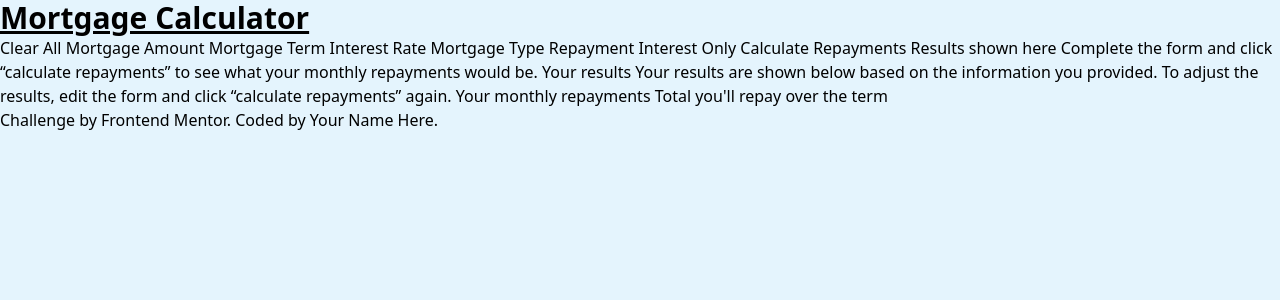
Repository: emmanuelRitzler/mortgage-calculator
Page: assets/views/index.html
The author's editor kept a copy of each file at every save. The page is drawn from the files as they stood at one save, then again after a run of saves.
The browser window is 1280 px wide. The pictures show the whole page.

Above is the page before, as saved 2025-06-01 01:18:38.

### assets/views/index.html
<!DOCTYPE html>
<html lang="en">
<head>
  <meta charset="UTF-8">
  <meta name="viewport" content="width=device-width, initial-scale=1.0"> <!-- displays site properly based on user's device -->

  <link rel="icon" type="image/png" sizes="32x32" href="./assets/images/favicon-32x32.png">
  <link rel="stylesheet" href="../../src/output.css">

  <title>Frontend Mentor | Mortgage repayment calculator</title>
</head>
<body class="">
  <h1 class="text-3xl font-bold underline">Mortgage Calculator</h1>
  Clear All

  Mortgage Amount

  Mortgage Term

  Interest Rate

  Mortgage Type
  Repayment
  Interest Only

  Calculate Repayments

  <!-- Empty results start -->

  Results shown here

  Complete the form and click “calculate repayments” to see what
  your monthly repayments would be.

  <!-- Empty results end -->

  <!-- Completed results start -->

  Your results

  Your results are shown below based on the information you provided.
  To adjust the results, edit the form and click “calculate repayments” again.

  Your monthly repayments

  Total you'll repay over the term

  <!-- Completed results end -->

  <div class="attribution">
    Challenge by <a href="https://www.frontendmentor.io?ref=challenge">Frontend Mentor</a>.
    Coded by <a href="#">Your Name Here</a>.
  </div>
</body>
</html>

### src/output.css
/*! tailwindcss v4.1.8 | MIT License | https://tailwindcss.com */
@layer properties;
@layer theme, base, components, utilities;
@layer theme {
  :root, :host {
    --font-sans: ui-sans-serif, system-ui, sans-serif, "Apple Color Emoji",
      "Segoe UI Emoji", "Segoe UI Symbol", "Noto Color Emoji";
    --font-mono: ui-monospace, SFMono-Regular, Menlo, Monaco, Consolas, "Liberation Mono",
      "Courier New", monospace;
    --text-3xl: 1.875rem;
    --text-3xl--line-height: calc(2.25 / 1.875);
    --font-weight-bold: 700;
    --default-font-family: var(--font-sans);
    --default-mono-font-family: var(--font-mono);
  }
}
@layer base {
  *, ::after, ::before, ::backdrop, ::file-selector-button {
    box-sizing: border-box;
    margin: 0;
    padding: 0;
    border: 0 solid;
  }
  html, :host {
    line-height: 1.5;
    -webkit-text-size-adjust: 100%;
    tab-size: 4;
    font-family: var(--default-font-family, ui-sans-serif, system-ui, sans-serif, "Apple Color Emoji", "Segoe UI Emoji", "Segoe UI Symbol", "Noto Color Emoji");
    font-feature-settings: var(--default-font-feature-settings, normal);
    font-variation-settings: var(--default-font-variation-settings, normal);
    -webkit-tap-highlight-color: transparent;
  }
  hr {
    height: 0;
    color: inherit;
    border-top-width: 1px;
  }
  abbr:where([title]) {
    -webkit-text-decoration: underline dotted;
    text-decoration: underline dotted;
  }
  h1, h2, h3, h4, h5, h6 {
    font-size: inherit;
    font-weight: inherit;
  }
  a {
    color: inherit;
    -webkit-text-decoration: inherit;
    text-decoration: inherit;
  }
  b, strong {
    font-weight: bolder;
  }
  code, kbd, samp, pre {
    font-family: var(--default-mono-font-family, ui-monospace, SFMono-Regular, Menlo, Monaco, Consolas, "Liberation Mono", "Courier New", monospace);
    font-feature-settings: var(--default-mono-font-feature-settings, normal);
    font-variation-settings: var(--default-mono-font-variation-settings, normal);
    font-size: 1em;
  }
  small {
    font-size: 80%;
  }
  sub, sup {
    font-size: 75%;
    line-height: 0;
    position: relative;
    vertical-align: baseline;
  }
  sub {
    bottom: -0.25em;
  }
  sup {
    top: -0.5em;
  }
  table {
    text-indent: 0;
    border-color: inherit;
    border-collapse: collapse;
  }
  :-moz-focusring {
    outline: auto;
  }
  progress {
    vertical-align: baseline;
  }
  summary {
    display: list-item;
  }
  ol, ul, menu {
    list-style: none;
  }
  img, svg, video, canvas, audio, iframe, embed, object {
    display: block;
    vertical-align: middle;
  }
  img, video {
    max-width: 100%;
    height: auto;
  }
  button, input, select, optgroup, textarea, ::file-selector-button {
    font: inherit;
    font-feature-settings: inherit;
    font-variation-settings: inherit;
    letter-spacing: inherit;
    color: inherit;
    border-radius: 0;
    background-color: transparent;
    opacity: 1;
  }
  :where(select:is([multiple], [size])) optgroup {
    font-weight: bolder;
  }
  :where(select:is([multiple], [size])) optgroup option {
    padding-inline-start: 20px;
  }
  ::file-selector-button {
    margin-inline-end: 4px;
  }
  ::placeholder {
    opacity: 1;
  }
  @supports (not (-webkit-appearance: -apple-pay-button))  or (contain-intrinsic-size: 1px) {
    ::placeholder {
      color: currentcolor;
      @supports (color: color-mix(in lab, red, red)) {
        color: color-mix(in oklab, currentcolor 50%, transparent);
      }
    }
  }
  textarea {
    resize: vertical;
  }
  ::-webkit-search-decoration {
    -webkit-appearance: none;
  }
  ::-webkit-date-and-time-value {
    min-height: 1lh;
    text-align: inherit;
  }
  ::-webkit-datetime-edit {
    display: inline-flex;
  }
  ::-webkit-datetime-edit-fields-wrapper {
    padding: 0;
  }
  ::-webkit-datetime-edit, ::-webkit-datetime-edit-year-field, ::-webkit-datetime-edit-month-field, ::-webkit-datetime-edit-day-field, ::-webkit-datetime-edit-hour-field, ::-webkit-datetime-edit-minute-field, ::-webkit-datetime-edit-second-field, ::-webkit-datetime-edit-millisecond-field, ::-webkit-datetime-edit-meridiem-field {
    padding-block: 0;
  }
  :-moz-ui-invalid {
    box-shadow: none;
  }
  button, input:where([type="button"], [type="reset"], [type="submit"]), ::file-selector-button {
    appearance: button;
  }
  ::-webkit-inner-spin-button, ::-webkit-outer-spin-button {
    height: auto;
  }
  [hidden]:where(:not([hidden="until-found"])) {
    display: none !important;
  }
}
@layer utilities {
  .static {
    position: static;
  }
  .contents {
    display: contents;
  }
  .table {
    display: table;
  }
  .border-collapse {
    border-collapse: collapse;
  }
  .resize {
    resize: both;
  }
  .border {
    border-style: var(--tw-border-style);
    border-width: 1px;
  }
  .text-3xl {
    font-size: var(--text-3xl);
    line-height: var(--tw-leading, var(--text-3xl--line-height));
  }
  .font-bold {
    --tw-font-weight: var(--font-weight-bold);
    font-weight: var(--font-weight-bold);
  }
  .underline {
    text-decoration-line: underline;
  }
  .outline {
    outline-style: var(--tw-outline-style);
    outline-width: 1px;
  }
}
html, body {
  background-color: #E4F4FD;
  margin: 0;
  height: 100%;
}
@property --tw-border-style {
  syntax: "*";
  inherits: false;
  initial-value: solid;
}
@property --tw-font-weight {
  syntax: "*";
  inherits: false;
}
@property --tw-outline-style {
  syntax: "*";
  inherits: false;
  initial-value: solid;
}
@layer properties {
  @supports ((-webkit-hyphens: none) and (not (margin-trim: inline))) or ((-moz-orient: inline) and (not (color:rgb(from red r g b)))) {
    *, ::before, ::after, ::backdrop {
      --tw-border-style: solid;
      --tw-font-weight: initial;
      --tw-outline-style: solid;
    }
  }
}

After the next 3 saves:
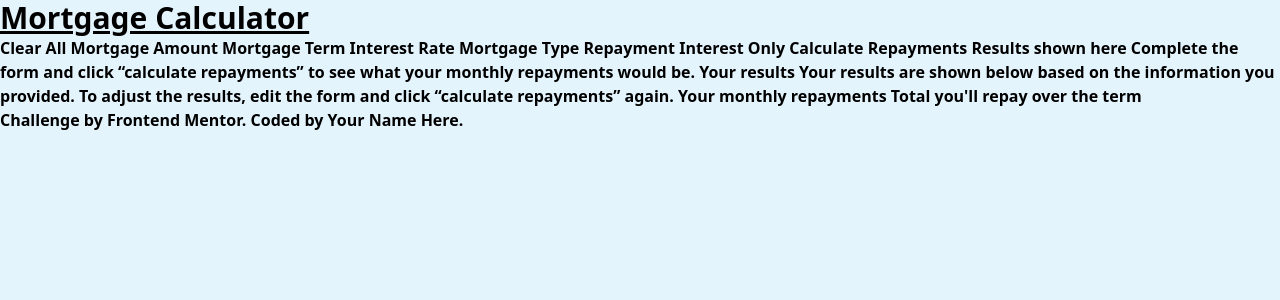
The 3 saves are shown as one change because they came seconds apart.
The last was saved 12 s later.
--- a/assets/views/index.html
+++ b/assets/views/index.html
@@ -9,7 +9,7 @@
 
   <title>Frontend Mentor | Mortgage repayment calculator</title>
 </head>
-<body class="">
+<body class="font-bold">
   <h1 class="text-3xl font-bold underline">Mortgage Calculator</h1>
   Clear All
 

After the save that followed:
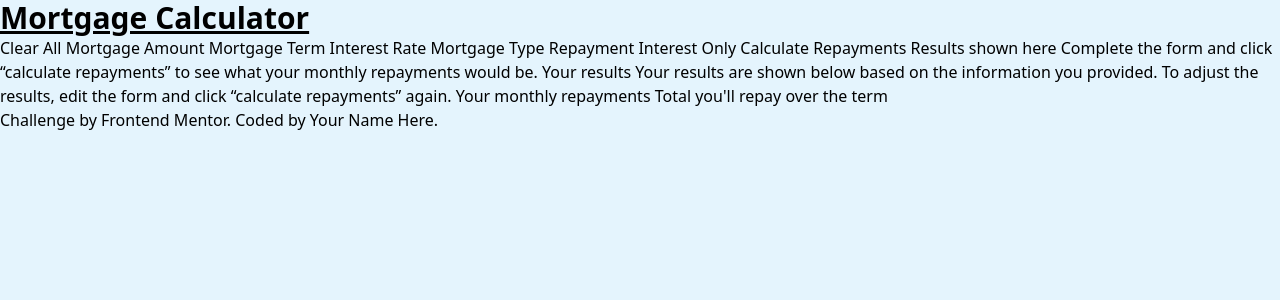
Saved 5 s later.
--- a/assets/views/index.html
+++ b/assets/views/index.html
@@ -9,7 +9,7 @@
 
   <title>Frontend Mentor | Mortgage repayment calculator</title>
 </head>
-<body class="font-bold">
+<body class="">
   <h1 class="text-3xl font-bold underline">Mortgage Calculator</h1>
   Clear All
 
